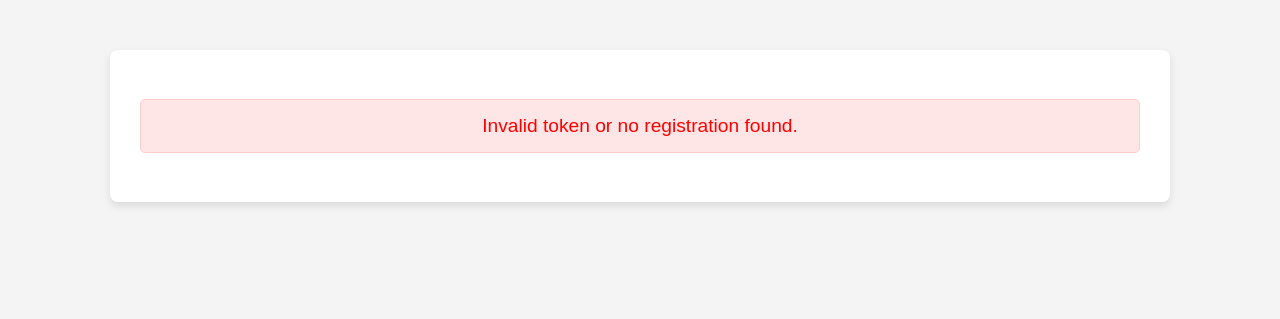
Repository: KharonKade/Capstone
Page: http://localhost/manage_registration.php
An editor plug-in stored every save of this project. The page is shown before and after the next save, followed by the edit.
The browser window is 1280 px wide. The pictures show the whole page.
The page is run by PHP 8.4 with error messages shown; the project is at /var/www/html/.

Above is the page before, as saved 2025-05-01 14:20:01.

### manage_registration.php
<?php
$servername = "localhost";
$username = "root";
$password = "";
$dbname = "basf_events";

$conn = new mysqli($servername, $username, $password, $dbname);
if ($conn->connect_error) {
    die("Connection failed: " . $conn->connect_error);
}

$token = $_POST['token'] ?? null;
$registration_id = $_GET['id'] ?? null;
$event_id = $_GET['event_id'] ?? null;

$registration = null;

if ($token && $event_id) {
    // Ensure the token matches a registration from the specified event
    $registration_sql = "SELECT * FROM event_registrations WHERE token = ? AND event_id = ?";
    $stmt = $conn->prepare($registration_sql);
    $stmt->bind_param("si", $token, $event_id);
    $stmt->execute();
    $registration_result = $stmt->get_result();
    $registration = $registration_result->fetch_assoc();
} elseif ($registration_id) {
    // Admin or direct access via ID
    $registration_sql = "SELECT * FROM event_registrations WHERE id = ?";
    $stmt = $conn->prepare($registration_sql);
    $stmt->bind_param("i", $registration_id);
    $stmt->execute();
    $registration_result = $stmt->get_result();
    $registration = $registration_result->fetch_assoc();
    if ($registration) {
        $event_id = $registration['event_id']; // Assign event ID for the back button
    }
}

$conn->close();
?>

<!DOCTYPE html>
<html lang="en">
<head>
    <meta charset="UTF-8">
    <title>Your Registration</title>
    <link rel="stylesheet" href="Css/manage_registration.css">
</head>
<body>
    <div class="registration-container">
        <?php if ($registration): ?>
            <h3>Your Registration</h3>
            <table border="1" cellspacing="0" cellpadding="8">
                <thead>
                    <tr>
                        <th>ID</th><th>Name</th><th>Email</th><th>Phone</th>
                        <th>Age</th><th>Gender</th><th>Category</th><th>Actions</th>
                    </tr>
                </thead>
                <tbody>
                    <tr>
                        <td><?= $registration['id']; ?></td>
                        <td><?= htmlspecialchars($registration['name']); ?></td>
                        <td><?= htmlspecialchars($registration['email']); ?></td>
                        <td><?= htmlspecialchars($registration['phone']); ?></td>
                        <td><?= htmlspecialchars($registration['age']); ?></td>
                        <td><?= htmlspecialchars($registration['gender']); ?></td>
                        <td><?= htmlspecialchars($registration['category']); ?></td>
                        <td>
                            <a href="edit_registration.php?id=<?= $registration['id']; ?>">Edit</a> |
                            <a href="delete_registration.php?id=<?= $registration['id']; ?> "
                            onclick="return confirm('Are you sure you want to delete this registration?');">
                            Delete
                            </a>
                        </td>
                    </tr>
                </tbody>
            </table>
        <?php else: ?>
            <p style="color: red;">Invalid token or no registration found.</p>
        <?php endif; ?>
        <?php if (isset($event_id)): ?>
            <div class="return-btn">
                <a href="eventPages.php?id=<?= $event_id; ?>">
                    Return to Event Page
                </a>
            </div>
        <?php endif; ?>
    </div>
</body>
</html>

### Css/manage_registration.css
/* General styles */
body {
    font-family: 'Arial', sans-serif;
    background-color: #f4f4f4;
    margin: 0;
    padding: 0;
}

/* Container for the registration content */
.registration-container {
    max-width: 1000px;
    margin: 50px auto;
    padding: 30px;
    background-color: #ffffff;
    box-shadow: 0 4px 8px rgba(0, 0, 0, 0.1);
    border-radius: 8px;
}

/* Heading */
.registration-container h3 {
    font-size: 1.8rem;
    color: #ffffff;
    background-color: #34495e;
    padding: 15px;
    border-radius: 5px;
    margin-bottom: 20px;
    text-align: center;
}

/* Table styles */
.registration-container table {
    width: 100%;
    border-collapse: collapse;
    margin-top: 20px;
}

.registration-container th,
.registration-container td {
    padding: 12px 20px;
    text-align: left;
    border: 1px solid #ddd;
}

.registration-container th {
    background-color: #2c3e50;
    color: #fff;
}

.registration-container td {
    background-color: #fafafa;
    color: #333;
}

/* Action links */
.registration-container td a {
    color: #007bff;
    text-decoration: none;
    font-weight: bold;
}

.registration-container td a:hover {
    color: #0056b3;
    text-decoration: underline;
}

/* Error message */
.registration-container p {
    color: red;
    font-size: 1.2rem;
    text-align: center;
    padding: 15px;
    background-color: #ffe6e6;
    border: 1px solid #ffcccc;
    border-radius: 5px;
}

.return-btn {
    padding: 10px 20px;
    background-color: #f44336;
    color: white;
    text-decoration: none; /* Remove underline */
    border-radius: 5px;
    margin-top: 20px;
    display: inline-block; /* Ensure it doesn't stretch too wide */
    width: auto; /* Make the width fit the text */
    text-align: center; /* Ensure the text is centered */
}

.return-btn a {
    color: white; /* Ensure the link text is white */
    text-decoration: none; /* Remove any text decoration */
}

.return-btn:hover {
    background-color: #d32f2f;
}


/* Responsive table */
@media (max-width: 768px) {
    .registration-container {
        padding: 20px;
    }

    .registration-container table,
    .registration-container thead,
    .registration-container tbody,
    .registration-container th,
    .registration-container td,
    .registration-container tr {
        display: block;
        width: 100%;
    }

    .registration-container thead tr {
        display: none;
    }

    .registration-container td {
        position: relative;
        padding-left: 50%;
        margin-bottom: 15px;
    }

    .registration-container td::before {
        position: absolute;
        top: 12px;
        left: 20px;
        width: 45%;
        padding-right: 10px;
        white-space: nowrap;
        font-weight: bold;
        color: #555;
    }

    .registration-container td:nth-of-type(1)::before { content: "ID"; }
    .registration-container td:nth-of-type(2)::before { content: "Name"; }
    .registration-container td:nth-of-type(3)::before { content: "Email"; }
    .registration-container td:nth-of-type(4)::before { content: "Phone"; }
    .registration-container td:nth-of-type(5)::before { content: "Age"; }
    .registration-container td:nth-of-type(6)::before { content: "Gender"; }
    .registration-container td:nth-of-type(7)::before { content: "Category"; }
    .registration-container td:nth-of-type(8)::before { content: "Actions"; }
}

After the next save:
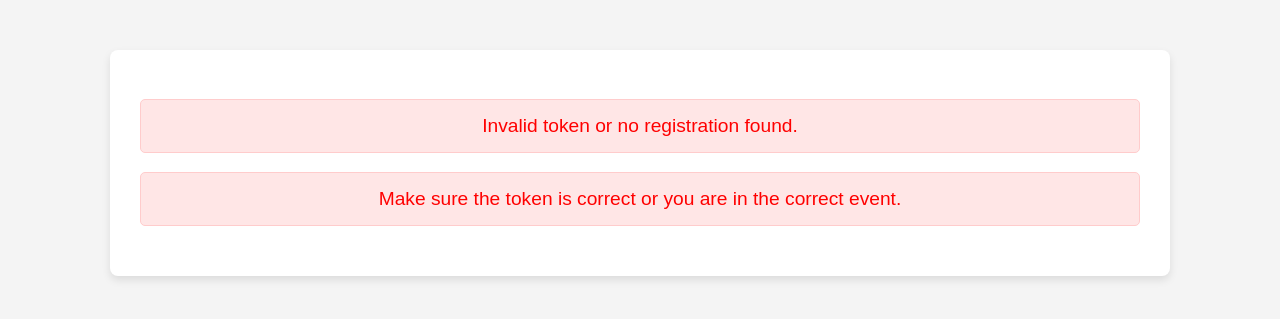
Saved 108 s later.
--- a/manage_registration.php
+++ b/manage_registration.php
@@ -78,6 +78,7 @@
             </table>
         <?php else: ?>
             <p style="color: red;">Invalid token or no registration found.</p>
+            <p style="color: red;">Make sure the token is correct or you are in the correct event.</p>
         <?php endif; ?>
         <?php if (isset($event_id)): ?>
             <div class="return-btn">

After the 2 saves that followed:
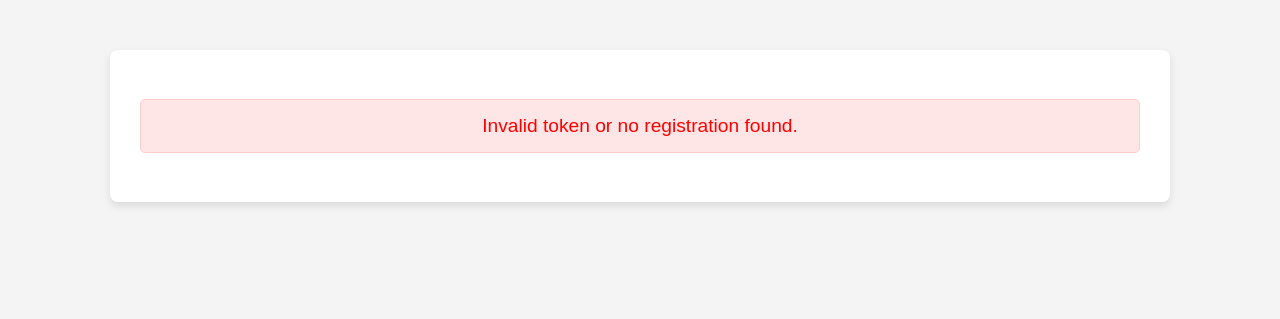
The 2 saves are shown as one change because 1 left the picture as it was.
The last was saved 4 min 22 s later.
--- a/manage_registration.php
+++ b/manage_registration.php
@@ -11,30 +11,33 @@
 
 $token = $_POST['token'] ?? null;
 $registration_id = $_GET['id'] ?? null;
-$event_id = $_GET['event_id'] ?? null;
 
-$registration = null;
 
-if ($token && $event_id) {
-    // Ensure the token matches a registration from the specified event
-    $registration_sql = "SELECT * FROM event_registrations WHERE token = ? AND event_id = ?";
+if ($token) {
+    // Search using token
+    $registration_sql = "SELECT * FROM event_registrations WHERE token = ?";
     $stmt = $conn->prepare($registration_sql);
-    $stmt->bind_param("si", $token, $event_id);
+    $stmt->bind_param("s", $token);
     $stmt->execute();
     $registration_result = $stmt->get_result();
     $registration = $registration_result->fetch_assoc();
 } elseif ($registration_id) {
-    // Admin or direct access via ID
+    // Search using ID
     $registration_sql = "SELECT * FROM event_registrations WHERE id = ?";
     $stmt = $conn->prepare($registration_sql);
     $stmt->bind_param("i", $registration_id);
     $stmt->execute();
     $registration_result = $stmt->get_result();
     $registration = $registration_result->fetch_assoc();
-    if ($registration) {
-        $event_id = $registration['event_id']; // Assign event ID for the back button
-    }
+} else {
+    $registration = null;
 }
+
+// Fetch event_id if registration is found
+if ($registration) {
+    $event_id = $registration['event_id'];
+}
+
 
 $conn->close();
 ?>
@@ -78,7 +81,6 @@
             </table>
         <?php else: ?>
             <p style="color: red;">Invalid token or no registration found.</p>
-            <p style="color: red;">Make sure the token is correct or you are in the correct event.</p>
         <?php endif; ?>
         <?php if (isset($event_id)): ?>
             <div class="return-btn">
